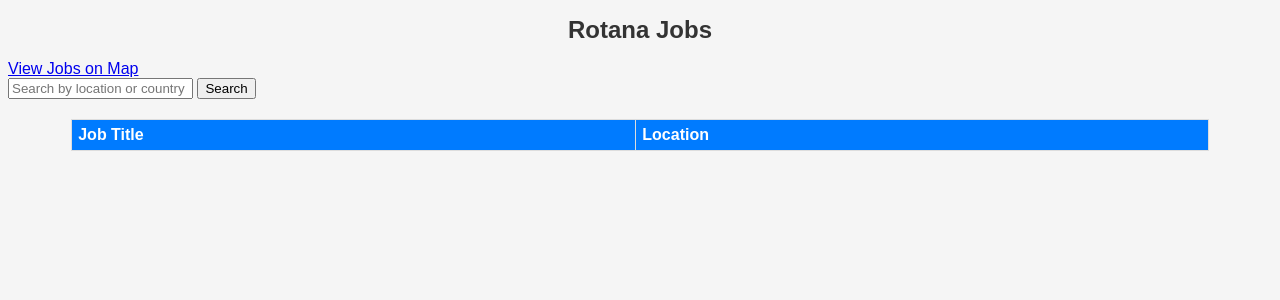
Repository: Reham28/RotanaJobs
Page: public/index.html
These files come from the project's save history. The page is drawn as it stood at one moment and after the next save; the edit follows.
The browser window is 1280 px wide. The pictures show the whole page.
The page's requests for data from a server got no answer.

Above is the page before, as saved 2023-09-16 18:45:15.

### public/index.html
<!DOCTYPE html>
<html lang="en">
<head>
  <meta charset="UTF-8">
  <meta name="viewport" content="width=device-width, initial-scale=1.0">
  <title>Rotana Jobs and location</title>
  <link rel="stylesheet" href="style.css">
</head>
<body>
  <h1>Rotana Jobs  </h1>
  <div class="nav-link">
    <a href="map.html">View Jobs on Map</a>
  </div>
  <div class="search">
    <input type="text" id="searchInput" placeholder="Search by location or country">
    <button onclick="searchJobs()">Search</button>
  </div>

  <table id="jobTable">
    <thead>
      <tr>
        <th>Job Title</th>
        <th>Location</th>
      </tr>
    </thead>
    <tbody></tbody>
  </table>

  <script src="app.js"></script>
</body>
</html>

### public/style.css
body {
    font-family: Arial, sans-serif;
  }

  h1 {
    text-align: center;
  }

  table {
    border-collapse: collapse;
    width: 50%;
    margin: 0 auto;
  }

  th, td {
    border: 1px solid #ddd;
    padding: 8px;
    text-align: left;
  }

  tr:nth-child(even) {
    background-color: #f2f2f2;
  }

  #map {
    height: 500px;
    width: 80%;
    margin: 0 auto;
  }

  body {
    font-family: Arial, sans-serif;
    background-color: #f5f5f5;
  }

  .container {
    background-color: #fff;
    border-radius: 10px;
    box-shadow: 0 0 20px rgba(0, 0, 0, 0.1);
    padding: 10px;
    max-width: 800px;
    margin: 10px auto;
  }

  h1 {
    text-align: center;
    font-size: 24px;
    color: #333;
  }

  table {
    width: 90%;
    border-collapse: collapse;
    margin-top: 20px;
    background-color: #f9f9f9;
    border-radius: 8px;
  }

  th, td {
    padding: 6px 6px;
    text-align: left;
  }

  th {
    background-color: #007bff;
    color: #fff;
  }

  tr:nth-child(even) {
    background-color: #f3f0f0;
  }

  tr:hover {
    background-color: #ddd;
  }

### public/app.js
document.addEventListener('DOMContentLoaded', () => {
    const jobTable = document.getElementById('jobTable').getElementsByTagName('tbody')[0];

    fetch('/jobs')
      .then(response => response.json())
      .then(data => {
        data.forEach(job => {
          const row = jobTable.insertRow();
          const titleCell = row.insertCell(0);
          const locationCell = row.insertCell(1);

          titleCell.innerText = job.title;
          locationCell.innerText = job.location;
        });
      })
      .catch(error => console.error('Error:', error));
  });
  function searchJobs() {
    const searchValue = document.getElementById('searchInput').value.toLowerCase();
    const jobTable = document.getElementById('jobTable').getElementsByTagName('tbody')[0];
    const rows = jobTable.getElementsByTagName('tr');

    for (let i = 0; i < rows.length; i++) {
      const location = rows[i].getElementsByTagName('td')[1].innerText.toLowerCase();
      if (location.includes(searchValue)) {
        rows[i].style.display = '';
      } else {
        rows[i].style.display = 'none';
      }
    }
  }

After the next save:
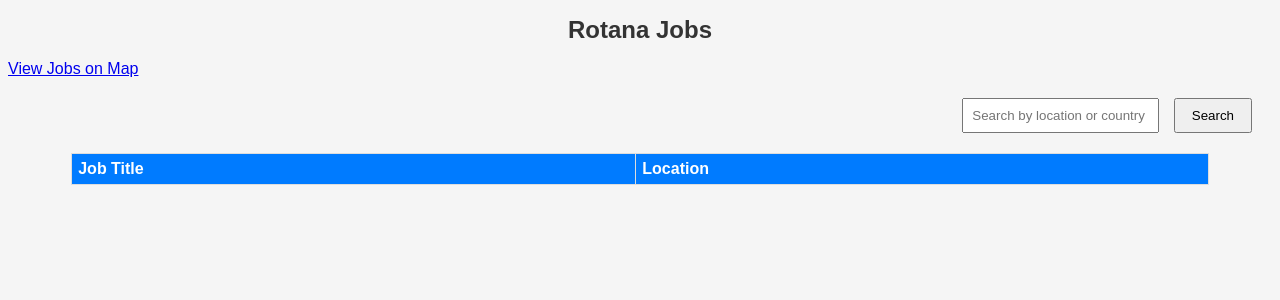
Saved 3 min 36 s later.
--- a/public/style.css
+++ b/public/style.css
@@ -73,3 +73,18 @@
   tr:hover {
     background-color: #ddd;
   }
+  /**/
+  .search {
+    text-align: right;
+    margin-top: 20px;
+    margin-right: 20px;
+  }
+
+  .search input {
+    padding: 8px;
+    margin-right: 10px;
+  }
+
+  .search button {
+    padding: 8px 16px;
+  }
